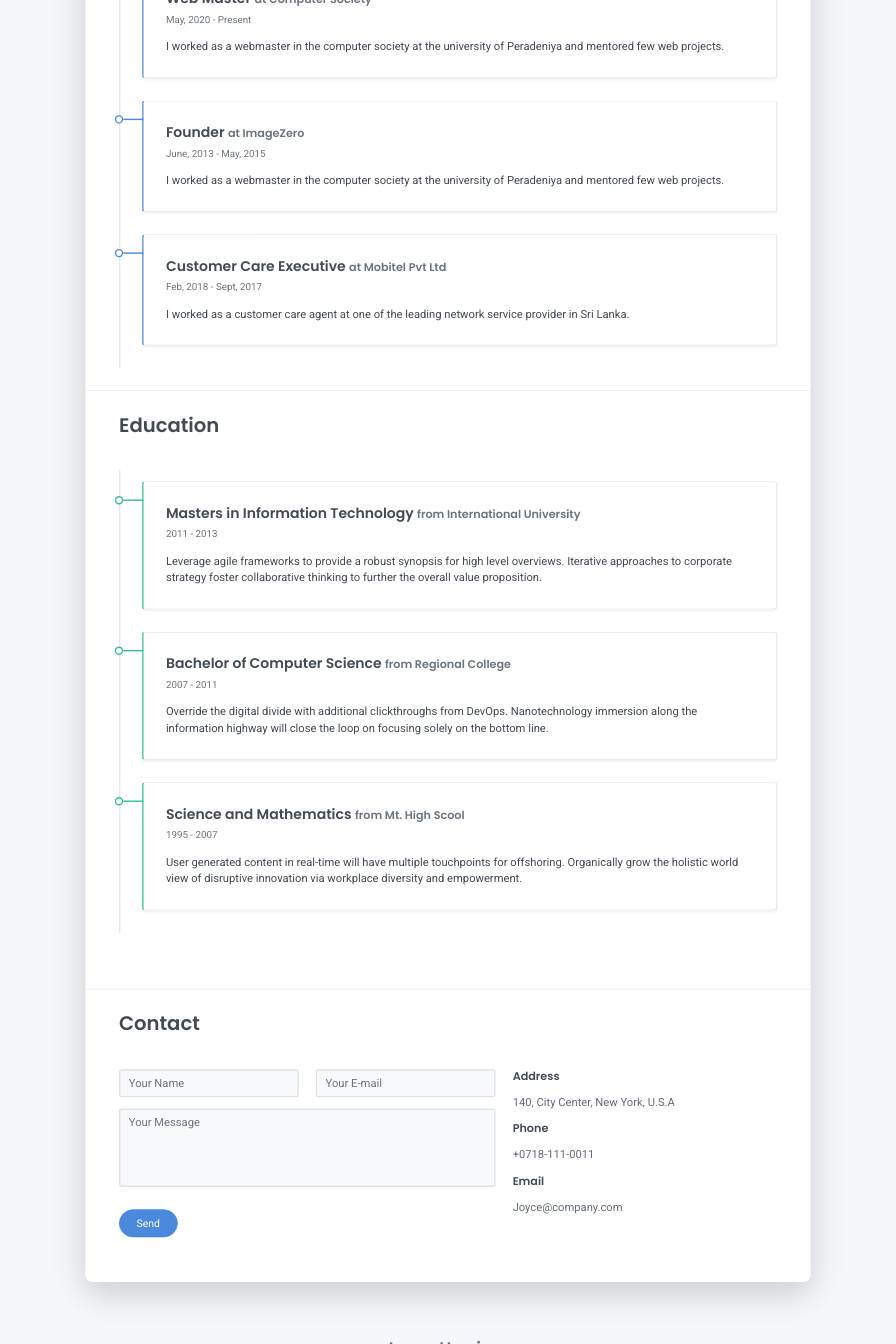
Repository: virangaj/resume
Page: index.html
The author's editor kept a copy of each file at every save. The page is drawn from the files as they stood at one save, then again after the next save.
The browser window is 1280 px wide. The pictures show the part of the page from y = 1381 to 3301 px (the page is 3508 px tall before and 3556 px after), at 70% of full size.

Above is the page before, as saved 2021-08-31 19:37:07.

### index.html
<!DOCTYPE html>
<html lang="en-US">
	<head>
		<meta charset="UTF-8" />
		<meta http-equiv="X-UA-Compatible" content="IE=edge" />
		<meta name="viewport" content="width=device-width, initial-scale=1" />
		<title>Virang Jayawardana</title>
		<link
			rel="preconnect"
			href="https://fonts.gstatic.com"
			crossorigin="crossorigin"
		/>
		<link
			rel="preload"
			as="style"
			href="https://fonts.googleapis.com/css2?family=Poppins:wght@600&amp;family=Roboto:wght@300;400;500;700&amp;display=swap"
		/>
		<link
			rel="stylesheet"
			href="https://fonts.googleapis.com/css2?family=Poppins:wght@600&amp;family=Roboto:wght@300;400;500;700&amp;display=swap"
			media="print"
			onload="this.media='all'"
		/>
		<noscript>
			<link
				rel="stylesheet"
				href="https://fonts.googleapis.com/css2?family=Poppins:wght@600&amp;family=Roboto:wght@300;400;500;700&amp;display=swap"
			/>
		</noscript>
		<link href="css/font-awesome/css/all.min.css?ver=1.2.0" rel="stylesheet" />
		<link href="css/bootstrap.min.css?ver=1.2.0" rel="stylesheet" />
		<link href="css/aos.css?ver=1.2.0" rel="stylesheet" />
		<link href="css/main.css?ver=1.2.0" rel="stylesheet" />
		<noscript>
			<style type="text/css">
				[data-aos] {
					opacity: 1 !important;
					transform: translate(0) scale(1) !important;
				}
			</style>
		</noscript>
	</head>
	<body id="top">
		<header class="d-print-none">
			<div class="container text-center text-lg-left">
				<div class="py-3 clearfix">
					<h1 class="site-title mb-0">Virang Jayawardana</h1>
					<div class="site-nav">
						<nav role="navigation">
							<ul class="nav justify-content-center">
								<li class="nav-item">
									<a
										class="nav-link"
										href="https://twitter.com/VirangaPasi"
										title="Twitter"
										><i class="fab fa-twitter"></i
										><span class="menu-title sr-only">Twitter</span></a
									>
								</li>
								<li class="nav-item">
									<a
										class="nav-link"
										href="https://www.facebook.com/virangapasindu.jayawardana/"
										title="Facebook"
										><i class="fab fa-facebook"></i
										><span class="menu-title sr-only">Facebook</span></a
									>
								</li>
								<li class="nav-item">
									<a
										class="nav-link"
										href="https://www.instagram.com/pasiya_k9/"
										title="Instagram"
										><i class="fab fa-instagram"></i
										><span class="menu-title sr-only">Instagram</span></a
									>
								</li>
								<li class="nav-item">
									<a
										class="nav-link"
										href="https://github.com/Viranga-pasi"
										title="Github"
										><i class="fab fa-github"></i
										><span class="menu-title sr-only">Github</span></a
									>
								</li>
							</ul>
						</nav>
					</div>
				</div>
			</div>
		</header>
		<div class="page-content">
			<div class="container">
				<div class="cover shadow-lg bg-white">
					<div class="cover-bg p-3 p-lg-4 text-white">
						<div class="row">
							<div class="col-lg-4 col-md-5">
								<div class="avatar hover-effect bg-white shadow-sm p-1">
									<img src="images/avatar.jpg" width="200" height="200" />
								</div>
							</div>
							<div class="col-lg-8 col-md-7 text-center text-md-start">
								<h2 class="h1 mt-2" data-aos="fade-left" data-aos-delay="0">
									Joyce Harrison
								</h2>
								<p data-aos="fade-left" data-aos-delay="100">
									Undergraduate | Web Developer
								</p>
								<div
									class="d-print-none"
									data-aos="fade-left"
									data-aos-delay="200"
								>
									<a
										class="btn btn-light text-dark shadow-sm mt-1 me-1"
										href="right-resume.pdf"
										target="_blank"
										>Download CV</a
									><a class="btn btn-success shadow-sm mt-1" href="#contact"
										>Hire Me</a
									>
								</div>
							</div>
						</div>
					</div>
					<div class="about-section pt-4 px-3 px-lg-4 mt-1">
						<div class="row">
							<div class="col-md-6">
								<h2 class="h3 mb-3">About Me</h2>
								<p>
									Hello! I’m Viranga Jayawardana. I am passionate about new
									technologies and Web Design. I am a skilled Front-end
									Developer and amazing video editor.
								</p>
							</div>
							<div class="col-md-5 offset-md-1">
								<div class="row mt-2">
									<div class="col-sm-4">
										<div class="pb-1">Age</div>
									</div>
									<div class="col-sm-8">
										<div class="pb-1 text-secondary">24</div>
									</div>
									<div class="col-sm-4">
										<div class="pb-1">Email</div>
									</div>
									<div class="col-sm-8">
										<div class="pb-1 text-secondary">
											virangapasindu4@gmail.com
										</div>
									</div>
									<div class="col-sm-4">
										<div class="pb-1">Phone</div>
									</div>
									<div class="col-sm-8">
										<div class="pb-1 text-secondary">+94 71 530 9595</div>
									</div>
									<div class="col-sm-4">
										<div class="pb-1">Address</div>
									</div>
									<div class="col-sm-8">
										<div class="pb-1 text-secondary">
											Samanala, Galdola, Kotapola, Sri Lanka
										</div>
									</div>
								</div>
							</div>
						</div>
					</div>
					<hr class="d-print-none" />
					<div class="skills-section px-3 px-lg-4">
						<h2 class="h3 mb-3">Professional Skills</h2>
						<div class="row">
							<div class="col-md-6">
								<div class="mb-2">
									<span>HTML</span>
									<div class="progress my-1">
										<div
											class="progress-bar bg-primary"
											role="progressbar"
											data-aos="zoom-in-right"
											data-aos-delay="100"
											data-aos-anchor=".skills-section"
											style="width: 90%"
											aria-valuenow="90"
											aria-valuemin="0"
											aria-valuemax="100"
										></div>
									</div>
								</div>
								<div class="mb-2">
									<span>CSS</span>
									<div class="progress my-1">
										<div
											class="progress-bar bg-primary"
											role="progressbar"
											data-aos="zoom-in-right"
											data-aos-delay="200"
											data-aos-anchor=".skills-section"
											style="width: 85%"
											aria-valuenow="85"
											aria-valuemin="0"
											aria-valuemax="100"
										></div>
									</div>
								</div>
								<div class="mb-2">
									<span>JavaScript</span>
									<div class="progress my-1">
										<div
											class="progress-bar bg-primary"
											role="progressbar"
											data-aos="zoom-in-right"
											data-aos-delay="300"
											data-aos-anchor=".skills-section"
											style="width: 80%"
											aria-valuenow="80"
											aria-valuemin="0"
											aria-valuemax="100"
										></div>
									</div>
								</div>
								<div class="mb-2">
									<span>ReactJs</span>
									<div class="progress my-1">
										<div
											class="progress-bar bg-primary"
											role="progressbar"
											data-aos="zoom-in-right"
											data-aos-delay="300"
											data-aos-anchor=".skills-section"
											style="width: 75%"
											aria-valuenow="75"
											aria-valuemin="0"
											aria-valuemax="100"
										></div>
									</div>
								</div>
								<div class="mb-2">
									<span>Java</span>
									<div class="progress my-1">
										<div
											class="progress-bar bg-primary"
											role="progressbar"
											data-aos="zoom-in-right"
											data-aos-delay="300"
											data-aos-anchor=".skills-section"
											style="width: 70%"
											aria-valuenow="70"
											aria-valuemin="0"
											aria-valuemax="100"
										></div>
									</div>
								</div>
								<div class="mb-2">
									<span>C language</span>
									<div class="progress my-1">
										<div
											class="progress-bar bg-primary"
											role="progressbar"
											data-aos="zoom-in-right"
											data-aos-delay="300"
											data-aos-anchor=".skills-section"
											style="width: 70%"
											aria-valuenow="70"
											aria-valuemin="0"
											aria-valuemax="100"
										></div>
									</div>
								</div>
								<div class="mb-2">
									<span>Wordpress</span>
									<div class="progress my-1">
										<div
											class="progress-bar bg-primary"
											role="progressbar"
											data-aos="zoom-in-right"
											data-aos-delay="300"
											data-aos-anchor=".skills-section"
											style="width: 85%"
											aria-valuenow="85"
											aria-valuemin="0"
											aria-valuemax="100"
										></div>
									</div>
								</div>
							</div>
							<div class="col-md-6">
								<div class="mb-2">
									<span>Adobe Photoshop</span>
									<div class="progress my-1">
										<div
											class="progress-bar bg-success"
											role="progressbar"
											data-aos="zoom-in-right"
											data-aos-delay="400"
											data-aos-anchor=".skills-section"
											style="width: 80%"
											aria-valuenow="90"
											aria-valuemin="0"
											aria-valuemax="100"
										></div>
									</div>
								</div>
								<div class="mb-2">
									<span>Abode Premiere Pro</span>
									<div class="progress my-1">
										<div
											class="progress-bar bg-success"
											role="progressbar"
											data-aos="zoom-in-right"
											data-aos-delay="500"
											data-aos-anchor=".skills-section"
											style="width: 85%"
											aria-valuenow="85"
											aria-valuemin="0"
											aria-valuemax="100"
										></div>
									</div>
								</div>
								<div class="mb-2">
									<span>Adobe After Effect</span>
									<div class="progress my-1">
										<div
											class="progress-bar bg-success"
											role="progressbar"
											data-aos="zoom-in-right"
											data-aos-delay="600"
											data-aos-anchor=".skills-section"
											style="width: 75%"
											aria-valuenow="75"
											aria-valuemin="0"
											aria-valuemax="100"
										></div>
									</div>
								</div>
								<div class="mb-2">
									<span>Adobe XD</span>
									<div class="progress my-1">
										<div
											class="progress-bar bg-success"
											role="progressbar"
											data-aos="zoom-in-right"
											data-aos-delay="600"
											data-aos-anchor=".skills-section"
											style="width: 75%"
											aria-valuenow="75"
											aria-valuemin="0"
											aria-valuemax="100"
										></div>
									</div>
								</div>
								<div class="mb-2">
									<span>Microsoft Office</span>
									<div class="progress my-1">
										<div
											class="progress-bar bg-success"
											role="progressbar"
											data-aos="zoom-in-right"
											data-aos-delay="600"
											data-aos-anchor=".skills-section"
											style="width: 85%"
											aria-valuenow="85"
											aria-valuemin="0"
											aria-valuemax="100"
										></div>
									</div>
								</div>
							</div>
						</div>
					</div>
					<hr class="d-print-none" />
					<div class="work-experience-section px-3 px-lg-4">
						<h2 class="h3 mb-4">Work Experience</h2>
						<div class="timeline">
							<div class="timeline-card timeline-card-primary card shadow-sm">
								<div class="card-body">
									<div class="h5 mb-1">
										Web Master
										<span class="text-muted h6">at Computer Society</span>
									</div>
									<div class="text-muted text-small mb-2">
										May, 2020 - Present
									</div>
									<div>
										I worked as a webmaster in the computer society at the
										university of Peradeniya and mentored few web projects.
									</div>
								</div>
							</div>
							<div class="timeline-card timeline-card-primary card shadow-sm">
								<div class="card-body">
									<div class="h5 mb-1">
										Founder
										<span class="text-muted h6">at ImageZero</span>
									</div>
									<div class="text-muted text-small mb-2">
										June, 2013 - May, 2015
									</div>
									<div>
										I worked as a webmaster in the computer society at the
										university of Peradeniya and mentored few web projects.
									</div>
								</div>
							</div>
							<div class="timeline-card timeline-card-primary card shadow-sm">
								<div class="card-body">
									<div class="h5 mb-1">
										Customer Care Executive
										<span class="text-muted h6">at Mobitel Pvt Ltd</span>
									</div>
									<div class="text-muted text-small mb-2">
										Feb, 2018 - Sept, 2017
									</div>
									<div>
										I worked as a customer care agent at one of the leading
										network service provider in Sri Lanka.
									</div>
								</div>
							</div>
						</div>
					</div>
					<hr class="d-print-none" />
					<div class="page-break"></div>
					<div class="education-section px-3 px-lg-4 pb-4">
						<h2 class="h3 mb-4">Education</h2>
						<div class="timeline">
							<div class="timeline-card timeline-card-success card shadow-sm">
								<div class="card-body">
									<div class="h5 mb-1">
										Masters in Information Technology
										<span class="text-muted h6"
											>from International University</span
										>
									</div>
									<div class="text-muted text-small mb-2">2011 - 2013</div>
									<div>
										Leverage agile frameworks to provide a robust synopsis for
										high level overviews. Iterative approaches to corporate
										strategy foster collaborative thinking to further the
										overall value proposition.
									</div>
								</div>
							</div>
							<div class="timeline-card timeline-card-success card shadow-sm">
								<div class="card-body">
									<div class="h5 mb-1">
										Bachelor of Computer Science
										<span class="text-muted h6">from Regional College</span>
									</div>
									<div class="text-muted text-small mb-2">2007 - 2011</div>
									<div>
										Override the digital divide with additional clickthroughs
										from DevOps. Nanotechnology immersion along the information
										highway will close the loop on focusing solely on the bottom
										line.
									</div>
								</div>
							</div>
							<div class="timeline-card timeline-card-success card shadow-sm">
								<div class="card-body">
									<div class="h5 mb-1">
										Science and Mathematics
										<span class="text-muted h6">from Mt. High Scool</span>
									</div>
									<div class="text-muted text-small mb-2">1995 - 2007</div>
									<div>
										User generated content in real-time will have multiple
										touchpoints for offshoring. Organically grow the holistic
										world view of disruptive innovation via workplace diversity
										and empowerment.
									</div>
								</div>
							</div>
						</div>
					</div>
					<hr class="d-print-none" />
					<div class="contant-section px-3 px-lg-4 pb-4" id="contact">
						<h2 class="h3 text mb-3">Contact</h2>
						<div class="row">
							<div class="col-md-7 d-print-none">
								<div class="my-2">
									<form
										action="https://formspree.io/your@email.com"
										method="POST"
									>
										<div class="row">
											<div class="col-6">
												<input
													class="form-control"
													type="text"
													id="name"
													name="name"
													placeholder="Your Name"
													required
												/>
											</div>
											<div class="col-6">
												<input
													class="form-control"
													type="email"
													id="email"
													name="_replyto"
													placeholder="Your E-mail"
													required
												/>
											</div>
										</div>
										<div class="form-group my-2">
											<textarea
												class="form-control"
												style="resize: none"
												id="message"
												name="message"
												rows="4"
												placeholder="Your Message"
												required
											></textarea>
										</div>
										<button class="btn btn-primary mt-2" type="submit">
											Send
										</button>
									</form>
								</div>
							</div>
							<div class="col">
								<div class="mt-2">
									<h3 class="h6">Address</h3>
									<div class="pb-2 text-secondary">
										140, City Center, New York, U.S.A
									</div>
									<h3 class="h6">Phone</h3>
									<div class="pb-2 text-secondary">+0718-111-0011</div>
									<h3 class="h6">Email</h3>
									<div class="pb-2 text-secondary">Joyce@company.com</div>
								</div>
							</div>
							<div class="col d-none d-print-block">
								<div class="mt-2">
									<div>
										<div class="mb-2">
											<div class="text-dark">
												<i class="fab fa-twitter mr-1"></i
												><span>https://twitter.com/templateflip</span>
											</div>
										</div>
										<div class="mb-2">
											<div class="text-dark">
												<i class="fab fa-facebook mr-1"></i
												><span>https://www.facebook.com/templateflip</span>
											</div>
										</div>
										<div class="mb-2">
											<div class="text-dark">
												<i class="fab fa-instagram mr-1"></i
												><span>https://www.instagram.com/templateflip</span>
											</div>
										</div>
										<div class="mb-2">
											<div class="text-dark">
												<i class="fab fa-github mr-1"></i
												><span>https://github.com/templateflip</span>
											</div>
										</div>
									</div>
								</div>
							</div>
						</div>
					</div>
				</div>
			</div>
		</div>
		<footer class="pt-4 pb-4 text-muted text-center d-print-none">
			<div class="container">
				<div class="my-3">
					<div class="h4">Joyce Harrison</div>
					<div class="footer-nav">
						<nav role="navigation">
							<ul class="nav justify-content-center">
								<li class="nav-item">
									<a
										class="nav-link"
										href="https://twitter.com/templateflip"
										title="Twitter"
										><i class="fab fa-twitter"></i
										><span class="menu-title sr-only">Twitter</span></a
									>
								</li>
								<li class="nav-item">
									<a
										class="nav-link"
										href="https://www.facebook.com/templateflip"
										title="Facebook"
										><i class="fab fa-facebook"></i
										><span class="menu-title sr-only">Facebook</span></a
									>
								</li>
								<li class="nav-item">
									<a
										class="nav-link"
										href="https://www.instagram.com/templateflip"
										title="Instagram"
										><i class="fab fa-instagram"></i
										><span class="menu-title sr-only">Instagram</span></a
									>
								</li>
								<li class="nav-item">
									<a
										class="nav-link"
										href="https://github.com/templateflip"
										title="Github"
										><i class="fab fa-github"></i
										><span class="menu-title sr-only">Github</span></a
									>
								</li>
							</ul>
						</nav>
					</div>
				</div>
				<div class="text-small">
					<div class="mb-1">&copy; Right Resume. All rights reserved.</div>
					<div>
						Design -
						<a href="https://templateflip.com/" target="_blank">TemplateFlip</a>
					</div>
				</div>
			</div>
		</footer>
		<script src="scripts/bootstrap.bundle.min.js?ver=1.2.0"></script>
		<script src="scripts/aos.js?ver=1.2.0"></script>
		<script src="scripts/main.js?ver=1.2.0"></script>
	</body>
</html>

### css/main.css
/* Buttons */
/* Inputs */
/* Timeline custom component */
.timeline {
	border-left: 2px solid #e6e9ed;
	padding: 1rem 0;
}

.timeline-card {
	position: relative;
	margin-left: 31px;
	border-left: 2px solid;
	margin-bottom: 2rem;
}

.timeline-card:last-child {
	margin-bottom: 1rem;
}

.timeline-card:before {
	content: '';
	display: inline-block;
	position: absolute;
	background-color: #fff;
	border-radius: 10px;
	width: 12px;
	height: 12px;
	top: 20px;
	left: -41px;
	border: 2px solid;
	z-index: 2;
}

.timeline-card:after {
	content: '';
	display: inline-block;
	position: absolute;
	background-color: currentColor;
	width: 29px;
	height: 2px;
	top: 25px;
	left: -29px;
	z-index: 1;
}

.timeline-card-primary {
	border-left-color: #4a89dc;
}

.timeline-card-primary:before {
	border-color: #4a89dc;
}

.timeline-card-primary:after {
	background-color: #4a89dc;
}

.timeline-card-success {
	border-left-color: #37bc9b;
}

.timeline-card-success:before {
	border-color: #37bc9b;
}

.timeline-card-success:after {
	background-color: #37bc9b;
}

html {
	scroll-behavior: smooth;
}

.site-title {
	font-size: 1.25rem;
	line-height: 2.5rem;
}

.nav-link {
	padding: 0;
	font-size: 1.25rem;
	line-height: 2.5rem;
	color: rgba(0, 0, 0, 0.5);
}

.nav-link:hover,
.nav-link:focus,
.active .nav-link {
	color: rgba(0, 0, 0, 0.8);
}

.nav-item + .nav-item {
	margin-left: 1rem;
}

.cover {
	border-radius: 10px;
}

.cover-bg {
	background-color: #4a89dc;
	background-image: url("data:[embedded picture, 1696 characters]");
	border-radius: 10px 10px 0 0;
}

.avatar {
	max-width: 216px;
	max-height: 216px;
	margin-top: 20px;
	text-align: center;
	margin-left: auto;
	margin-right: auto;
}

.avatar img {
	/* Safari 6.0 - 9.0 */
	/* filter: grayscale(100%); */
}

footer a:not(.nav-link) {
	color: inherit;
	border-bottom: 1px dashed;
	text-decoration: none;
	cursor: pointer;
}

@media (min-width: 48em) {
	.site-title {
		float: left;
	}
	.site-nav {
		float: right;
	}
	.avatar {
		margin-bottom: -80px;
		margin-left: 0;
	}
}

@media print {
	body {
		background-color: #fff;
	}
	.container {
		width: auto;
		max-width: 100%;
		padding: 0;
	}
	.cover,
	.cover-bg {
		border-radius: 0;
	}
	.cover.shadow-lg {
		box-shadow: none !important;
	}
	.cover-bg {
		padding: 5rem !important;
		padding-bottom: 10px !important;
	}
	.avatar {
		margin-top: -10px;
	}
	.about-section {
		padding: 6.5rem 5rem 2rem !important;
	}
	.skills-section,
	.work-experience-section,
	.education-section,
	.contant-section {
		padding: 1.5rem 5rem 2rem !important;
	}
	.page-break {
		padding-top: 5rem;
		page-break-before: always;
	}
}

Loaded but not shown: css/font-awesome/css/all.min.css (library); css/bootstrap.min.css (library); css/aos.css (library); scripts/bootstrap.bundle.min.js (library); scripts/aos.js (library); scripts/main.js (common file)

After the next save:
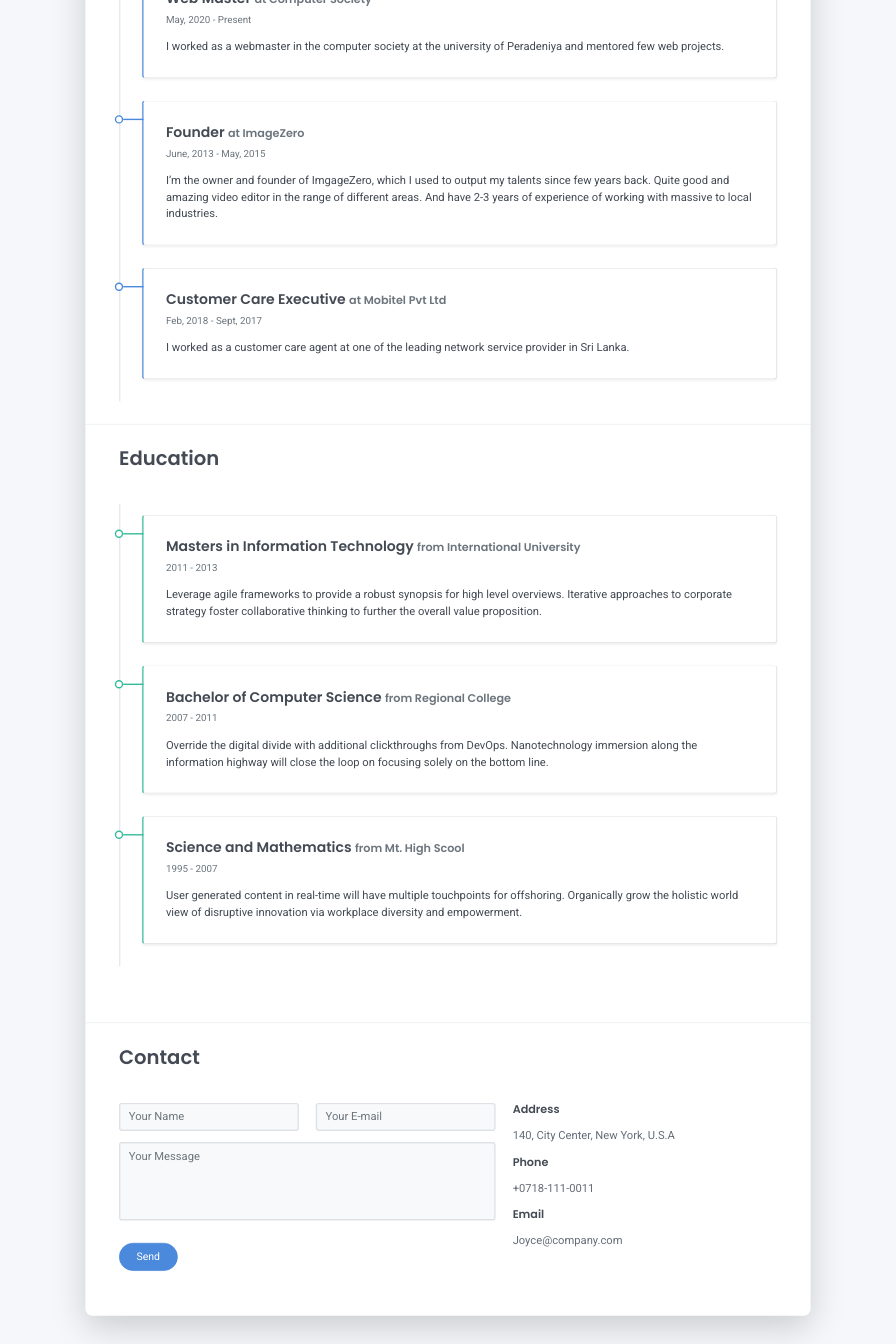
Saved 30 s later.
--- a/index.html
+++ b/index.html
@@ -399,8 +399,11 @@
 										June, 2013 - May, 2015
 									</div>
 									<div>
-										I worked as a webmaster in the computer society at the
-										university of Peradeniya and mentored few web projects.
+										I’m the owner and founder of ImgageZero, which I used to
+										output my talents since few years back. Quite good and
+										amazing video editor in the range of different areas. And
+										have 2-3 years of experience of working with massive to
+										local industries.
 									</div>
 								</div>
 							</div>
